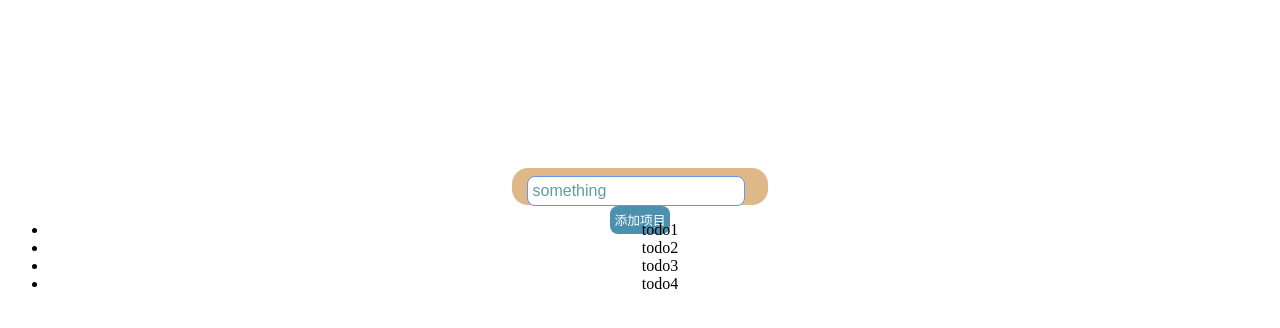
Repository: ArtemisWang/todolistProject
Page: /
These files come from the project's save history. The page is drawn as it stood at one moment and after the next save; the edit follows.
The browser window is 1280 px wide. The pictures show the whole page.
The project was rebuilt for these pictures with package versions that can differ from the ones it lists, and the page was loaded fresh each time.

Above is the page before, as saved 2020-02-28 21:52:24.

### src/App.js
import React,{useState} from 'react';
import './App.css'
const App=function(){

    const [list, setList]=useState(['todo1','todo2','todo3','todo4'])
    const [content, setContent]=useState('something')

    function addItem(){
        setList([...list,content])
        setContent('')
    }

    function changeContent(e){
        setContent(e.target.value)
        return content
    }

    function deleteItem(i){
        setList(list.filter((x,index)=>index!==i))
    }

    return (
    <div className='app'>
        <div className='input'>
            <input onChange={changeContent} value={content} className='input-text'/>
            <button onClick={addItem} className='button'>添加项目</button>
        </div>
        <div className='u-list'>
            <ul>
                {list.map((it,i)=>(<li key={it+i} onClick={deleteItem.bind(this,i)}>{it}</li>))}
            </ul>
        </div>
    </div>)
}




export default App

### src/App.css
.app{
    text-align: center;
    padding-top: 10rem;
}

.input{
    display: block;
    background-color: burlywood;
    width: 16rem;
    margin-left:auto;
    margin-right:auto;
    padding-top: 0.1rem;
    padding-bottom: 0.2rem;
    border-radius: 1rem;
    height: 2rem;
}

.input-text{
    color: cadetblue;
    border: cornflowerblue solid 1px;
    display: inline-block;
    margin-right: .5rem;
    font-size: 1rem;
    margin-top: .4rem;
    border-radius: .5rem;
    padding: .3rem;
}

.button {
    background-color: rgb(76, 144, 175);
    border: none;
    color: white;
    padding: .3rem;
    text-align: center;
    text-decoration: none;
    display: inline-block;
    font-size: .8rem;
    border-radius: .5rem;
}

Loaded but not shown: public/index.html (common file); src/index.js (common file)

After the next save:
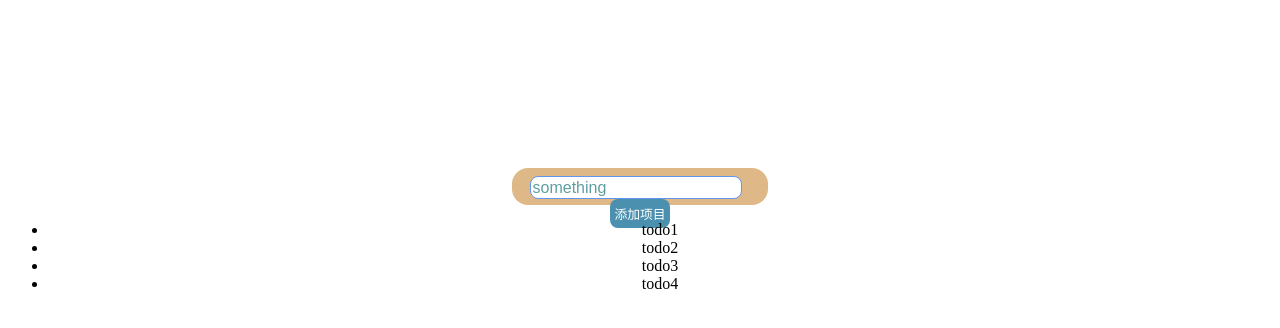
Saved 6 s later.
--- a/src/App.css
+++ b/src/App.css
@@ -23,7 +23,7 @@
     font-size: 1rem;
     margin-top: .4rem;
     border-radius: .5rem;
-    padding: .3rem;
+    padding: .1rem;
 }
 
 .button {
